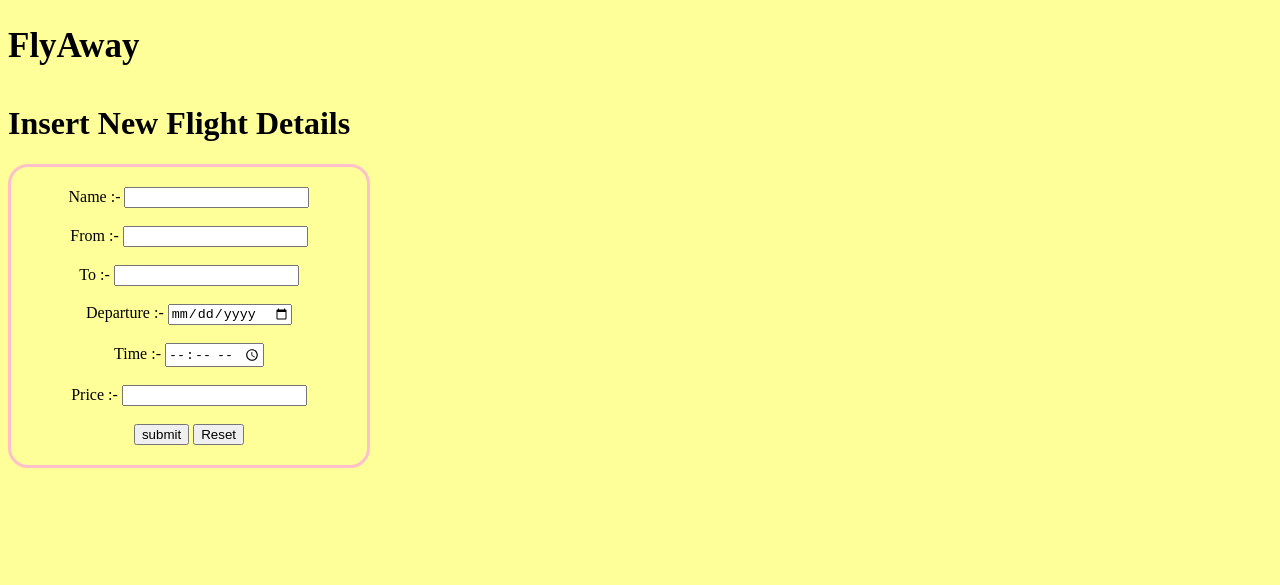
Repository: badrilogaram/Phase-two-project
Page: http://localhost/FlyAway-master/AdminHome.jsp
An editor plug-in stored every save of this project. The page is shown before and after the next save, followed by the edit.
The browser window is 1280 px wide. The pictures show the whole page.
The page is served by Tomcat 9. Other server files are loaded and not shown.

Above is the page before, as saved 2021-05-27 23:15:25.

### FlyAway-master/src/main/webapp/AdminHome.jsp
<%@ page language="java" contentType="text/html; charset=ISO-8859-1"
    pageEncoding="ISO-8859-1"%>
<!DOCTYPE html>
<html>
<head>
<meta charset="ISO-8859-1">
<title>Admin Home</title>
</head>
<body style="background-color:rgb(255,255,153)">
<br>
<a href=HomePage.jsp style="color:black;text-decoration:none ;font-size:35px;font-weight:bold;" align = "center">FlyAway</a>
<br><br>

<h1>Insert New Flight Details</h1>

<div style="border:3px solid pink;width:25%;border-radius:20px;padding:20px" align="center">
<form action=InsertFlight method=post>
	<label for=name>Name :-</label> <input type="text" name=name id=name /><br><br>
	<label for=from>From :-</label> <input type="text" name=from id=from /><br><br>
	<label for=to>To :-</label> <input type="text" name=to id=to /><br><br>
	<label for=departure>Departure :-</label> <input type="date" name=departure id=departure /><br><br>
	<label for=time>Time :-</label> <input type="time" name=time id=time /><br><br>
	<label for=price>Price :-</label> <input type="text" name=price id=price /><br><br>
	<input type=submit value=submit /> <input type=reset />
</form>
</div>
<%
	String message=(String)session.getAttribute("message");
	if(message!=null){
%>
<p style="color:silver;"><%=message %></p>
<%
		session.setAttribute("message", null);
	}
%>
</body>
</html>

After the next save:
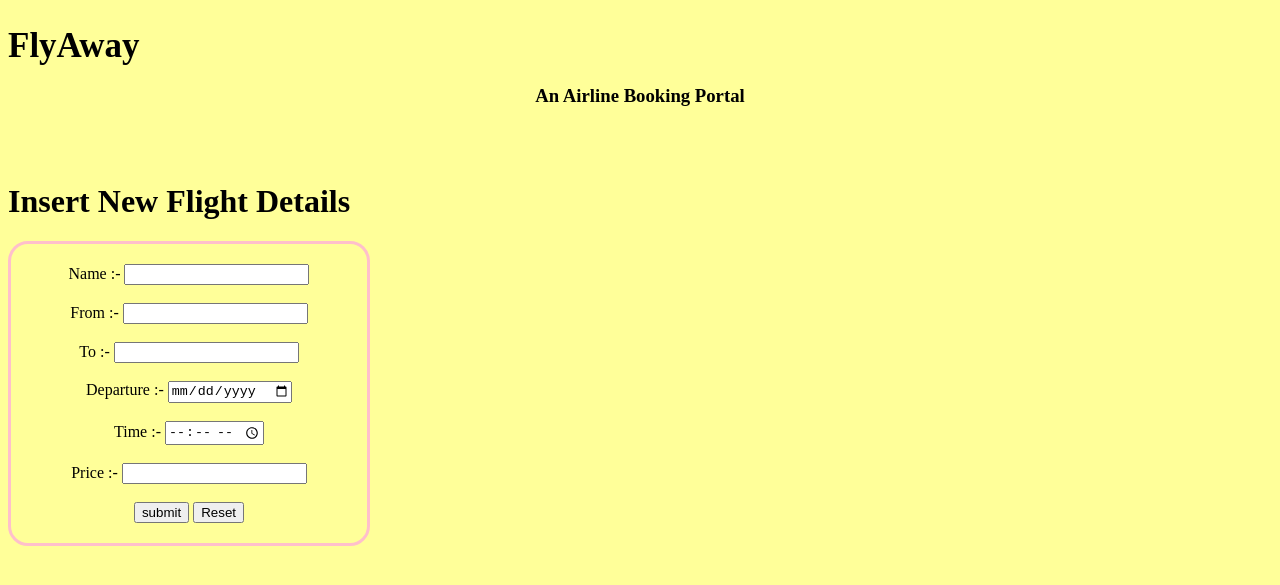
Saved 25 s later.
--- a/FlyAway-master/src/main/webapp/AdminHome.jsp
+++ b/FlyAway-master/src/main/webapp/AdminHome.jsp
@@ -9,6 +9,7 @@
 <body style="background-color:rgb(255,255,153)">
 <br>
 <a href=HomePage.jsp style="color:black;text-decoration:none ;font-size:35px;font-weight:bold;" align = "center">FlyAway</a>
+<h3><center>An Airline Booking Portal</center></h3>
 <br><br>
 
 <h1>Insert New Flight Details</h1>
